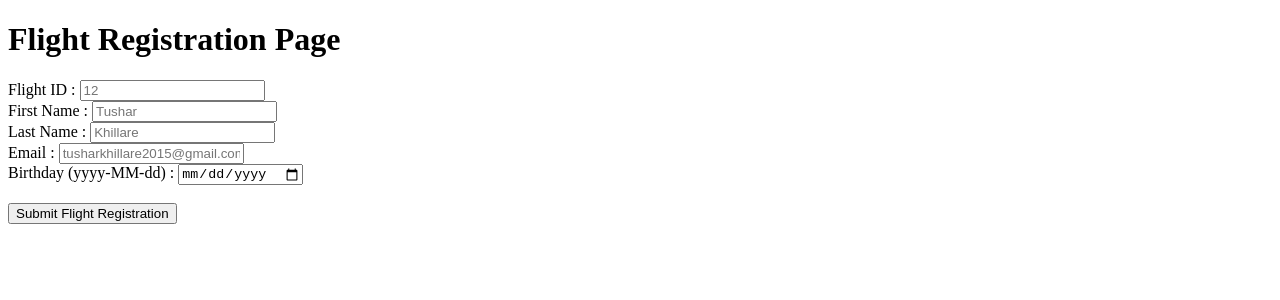
Repository: tuskhillare/FlyAway-1.0-
Page: http://localhost/FlyAway/Registeration.jsp
These files come from the project's save history. The page is drawn as it stood at one moment and after the next save; the edit follows.
The browser window is 1280 px wide. The pictures show the whole page.
The page is served by Tomcat 9. Other server files are loaded and not shown.

Above is the page before, as saved 2021-09-29 10:12:43.

### Source Code/FlyAway/src/main/webapp/Registeration.jsp
<!DOCTYPE html>
<html>
<head>
<meta charset="UTF-8">
<title>Flight Registration Page</title>
</head>
<body>
	<h1>Flight Registration Page</h1>
	<form name="flightRegistraton" method="POST" action="registeration">
		Flight ID : <input type="number" name="flightid" placeholder="12" required> <br/>
		First Name : <input type="text" name="firstname" placeholder="Tushar" required> <br/>
		Last Name : <input type="text" name="lastname" placeholder="Khillare" required> <br/>
		Email : <input type="email" name="email" placeholder="tusharkhillare2015@gmail.com" required> <br/>
		Birthday (yyyy-MM-dd) : <input type="date" name="birthday" placeholder="1999-10-07" required> <br/>
		<br/>
		<input type="submit" value="Submit Flight Registration">
	</form>

</body>
</html>

After the next save:
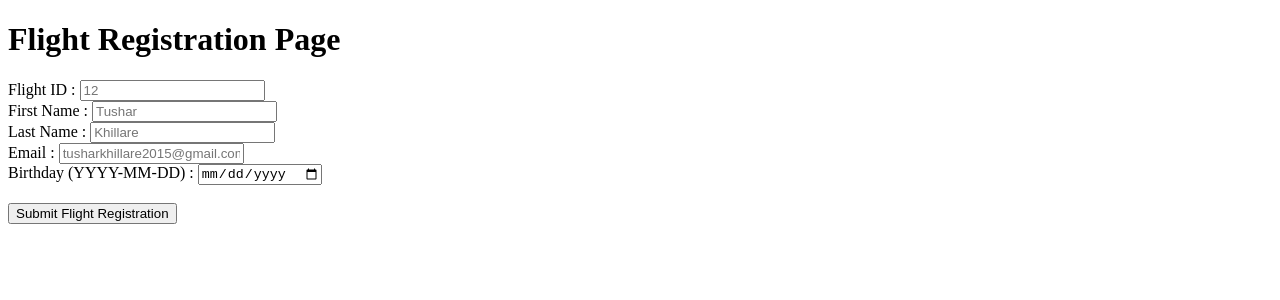
Saved 4 min 53 s later.
--- a/Source Code/FlyAway/src/main/webapp/Registeration.jsp
+++ b/Source Code/FlyAway/src/main/webapp/Registeration.jsp
@@ -11,7 +11,7 @@
 		First Name : <input type="text" name="firstname" placeholder="Tushar" required> <br/>
 		Last Name : <input type="text" name="lastname" placeholder="Khillare" required> <br/>
 		Email : <input type="email" name="email" placeholder="tusharkhillare2015@gmail.com" required> <br/>
-		Birthday (yyyy-MM-dd) : <input type="date" name="birthday" placeholder="1999-10-07" required> <br/>
+		Birthday (YYYY-MM-DD) : <input type="date" name="birthdate" placeholder="1999-10-07" required> <br/>
 		<br/>
 		<input type="submit" value="Submit Flight Registration">
 	</form>
